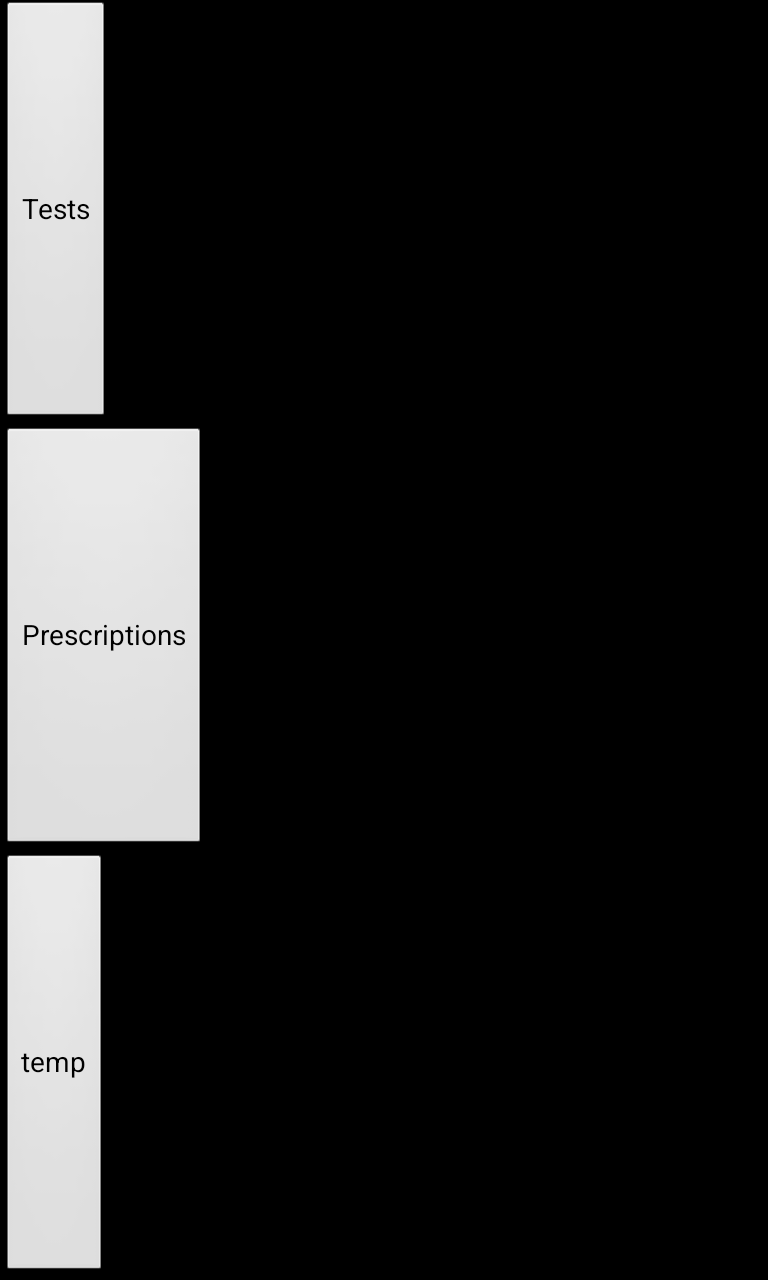
Repository: nuces-acm/DevFest-12-Team-9
Layout: data/Eclipse Workspace of android/Devfest/DCSClientApp/res/layout/main.xml
An editor plug-in stored every save of this project. The layout is shown before and after the next save, followed by the edit.
It is drawn on a 768 x 1280 px phone screen (xhdpi) without system bars, with theme android:Theme; the app's code is not run.

Above is the layout before, as saved 2012-04-01 03:15:19.

### data/Eclipse Workspace of android/Devfest/DCSClientApp/res/layout/main.xml
<?xml version="1.0" encoding="utf-8"?>
<LinearLayout xmlns:android="http://schemas.android.com/apk/res/android"
    android:layout_width="match_parent"
    android:layout_height="match_parent"
    android:orientation="vertical"
    android:layout_gravity="center" >

    <Button
        android:id="@+id/testsButton"
        android:layout_width="wrap_content"
        android:layout_height="wrap_content"
        android:text="Tests"
        android:layout_weight="1" />

    <Button
        android:id="@+id/prescriptionsButton"
        android:layout_width="wrap_content"
        android:layout_height="wrap_content"
        android:text="Prescriptions"
         android:layout_weight="1" />

    <Button
        android:id="@+id/button3"
        android:layout_width="wrap_content"
        android:layout_height="wrap_content"
        android:text="temp"
         android:layout_weight="1" />

</LinearLayout>

After the next save:
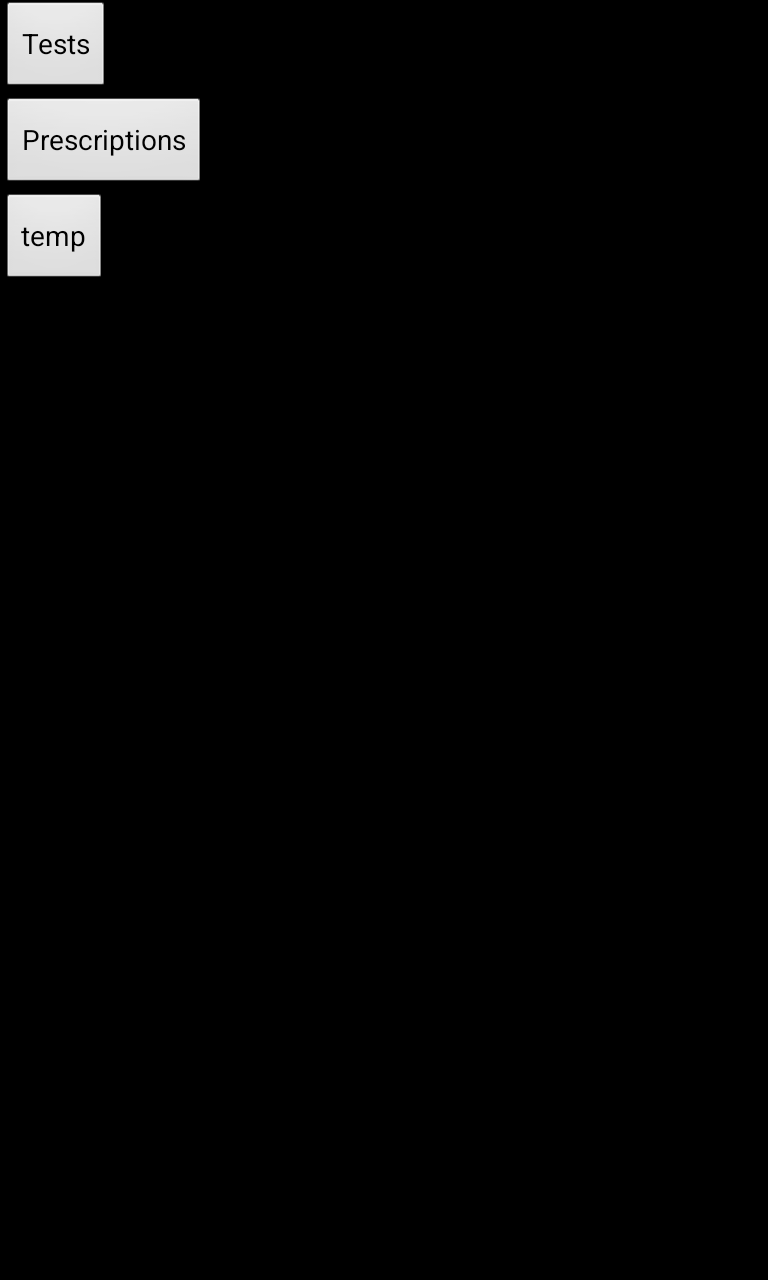
Saved 18 s later.
--- a/data/Eclipse Workspace of android/Devfest/DCSClientApp/res/layout/main.xml
+++ b/data/Eclipse Workspace of android/Devfest/DCSClientApp/res/layout/main.xml
@@ -10,20 +10,18 @@
         android:layout_width="wrap_content"
         android:layout_height="wrap_content"
         android:text="Tests"
-        android:layout_weight="1" />
+         />
 
     <Button
         android:id="@+id/prescriptionsButton"
         android:layout_width="wrap_content"
         android:layout_height="wrap_content"
-        android:text="Prescriptions"
-         android:layout_weight="1" />
+        android:text="Prescriptions" />
 
     <Button
         android:id="@+id/button3"
         android:layout_width="wrap_content"
         android:layout_height="wrap_content"
-        android:text="temp"
-         android:layout_weight="1" />
+        android:text="temp" />
 
 </LinearLayout>
